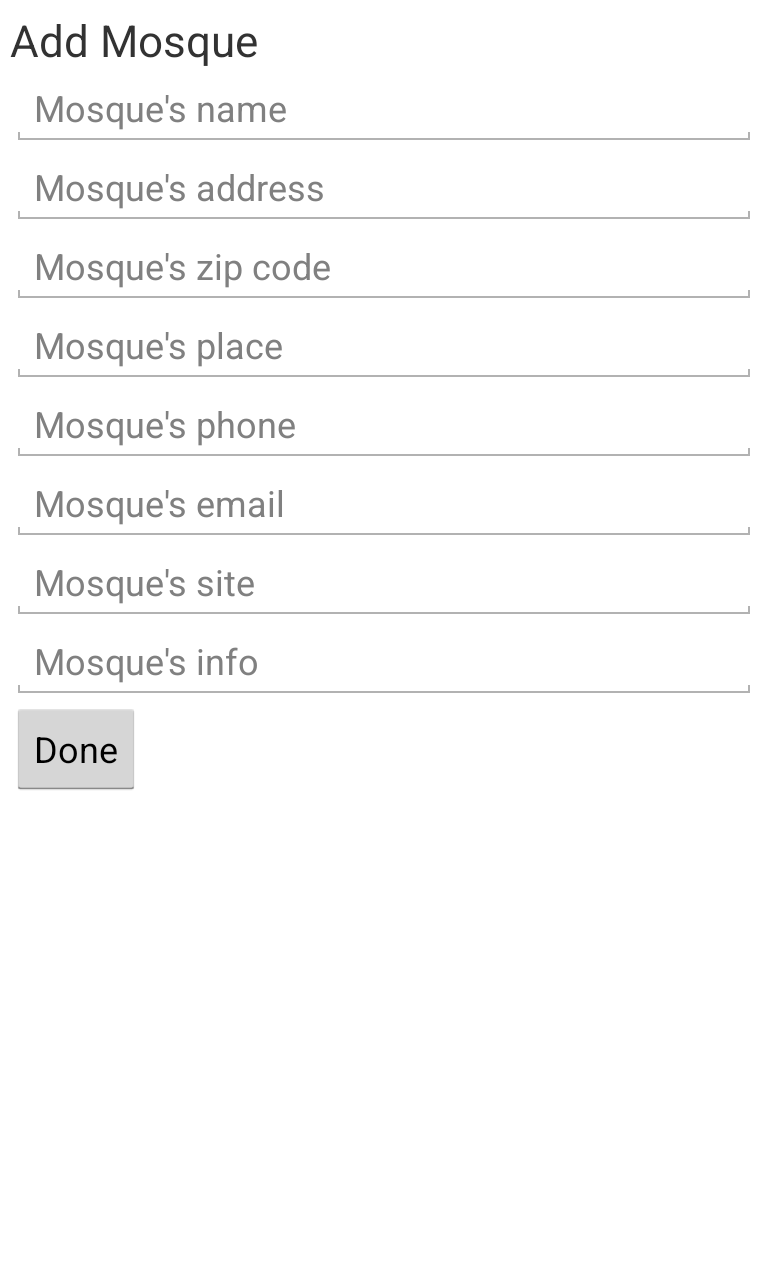
Repository: Osamah/Afstudeerwerk
Layout: NativeApp/SecondPillar/res/layout/activity_addmosque.xml
The author's editor kept a copy of each file at every save. The layout is drawn from the files as they stood at one save, then again after the next save.
It is drawn on a 768 x 1280 px phone screen (xhdpi) without system bars, with theme AppTheme; the app's code is not run.

Above is the layout before, as saved 2013-01-05 21:15:59.

### NativeApp/SecondPillar/res/layout/activity_addmosque.xml
<?xml version="1.0" encoding="utf-8"?>

<!-- ScrollView to scroll vertical down the page -->
<ScrollView
    xmlns:android="http://schemas.android.com/apk/res/android"
    android:id="@+id/ScrollView01"
    android:layout_width="fill_parent"
    android:layout_height="wrap_content"
    android:scrollbars="vertical">

    <LinearLayout
        android:layout_width="fill_parent"
        android:layout_height="wrap_content"
        android:orientation="vertical"
        android:layout_margin="5dp">

		<TextView
		    android:id="@+id/lblAddMosque"
		    android:layout_width="wrap_content"
		    android:layout_height="wrap_content"
		    android:text="@string/lblAddMosque"
		    android:textSize="10pt">
		</TextView>

        <EditText
            android:id="@+id/txtMosqueName"
            android:layout_width="fill_parent"
            android:layout_height="wrap_content"
            android:hint="@string/txtMosqueName"
            android:inputType="textCapWords" >

		</EditText>

        <EditText
		    android:id="@+id/txtMosqueAddress"
		    android:layout_height="wrap_content"
		    android:hint="@string/txtMosqueAddress"
		    android:inputType="textPostalAddress"
		    android:layout_width="fill_parent">
		</EditText>

        <EditText
            android:id="@+id/txtMosqueZipCode"
            android:layout_width="fill_parent"
            android:layout_height="wrap_content"
            android:hint="@string/txtMosqueZipCode"
            android:inputType="number" >
		</EditText>

        <EditText
            android:id="@+id/txtMosquePlace"
            android:layout_width="fill_parent"
            android:layout_height="wrap_content"
            android:hint="@string/txtMosquePlace"
            android:inputType="textPostalAddress" >
		</EditText>

        <EditText
            android:id="@+id/txtMosquePhone"
            android:layout_width="fill_parent"
            android:layout_height="wrap_content"
            android:hint="@string/txtMosquePhone"
            android:inputType="phone" >
		</EditText>

        <EditText
            android:id="@+id/txtMosqueMail"
            android:layout_width="fill_parent"
            android:layout_height="wrap_content"
            android:hint="@string/txtMosqueMail"
            android:inputType="textEmailAddress" >
		</EditText>

        <EditText
            android:id="@+id/txtMosqueSite"
            android:layout_width="fill_parent"
            android:layout_height="wrap_content"
            android:hint="@string/txtMosqueSite"
            android:inputType="textUri" >
		</EditText>

        <EditText
            android:id="@+id/txtMosqueInfo"
            android:layout_width="fill_parent"
            android:layout_height="wrap_content"
            android:hint="@string/txtMosqueInfo"
            android:inputType="textMultiLine" >
		</EditText>

        <Button
            android:id="@+id/btnAddMosque"
            android:layout_width="wrap_content"
            android:layout_height="wrap_content"
            android:text="@string/btnAddMosque"

            />


    </LinearLayout>
</ScrollView>

### NativeApp/SecondPillar/res/values/strings.xml
<?xml version="1.0" encoding="utf-8"?>
<resources>

    <string name="app_name">Second Pillar</string>

    <!-- Menu -->
    <string name="menu_search">Search</string>


    <!-- Option Menu -->
	<string name="option_settings">Settings</string>
	<string name="option_about">About</string>


	<!-- Settings -->
	<string name="notifications">Notifications</string>

	<string name="prayingWhere">Where to pray?</string>
	<string name="prayHome">Home</string>
	<string name="prayMosque">Mosque</string>

	<string name="NotificationsPraying">When to pray?</string>
	<string name="inAdvance">In advance</string>
	<string name="onTime">On time</string>


	<!-- About -->
	<string name="about">If you have any questions just call me maybe</string>


    <!-- Prayer -->
    <string name="headerCol1">Prayer</string>
    <string name="headerCol2">Time</string>
    <string name="headerCol3">L</string>

    <string name="prayer1">Fajr</string>
    <string name="prayer2">Dhor</string>
    <string name="prayer3">Asr</string>
    <string name="prayer4">Magreb</string>
    <string name="prayer5">Isha</string>

    <string name="prayerTime1">5h25</string>
    <string name="prayerTime2">12h30</string>
    <string name="prayerTime3">15h37</string>
    <string name="prayerTime4">18h48</string>
    <string name="prayerTime5">21h00</string>


    <!-- Favorite -->


    <!-- Add Mosque -->
    <string name="lblAddMosque">Add Mosque</string>
    <string name="txtMosqueName">Mosque\'s name</string>
    <string name="txtMosqueAddress">Mosque\'s address</string>
    <string name="txtMosqueZipCode">Mosque\'s zip code</string>
    <string name="txtMosquePlace">Mosque\'s place</string>
  	<string name="txtMosquePhone">Mosque\'s phone</string>
  	<string name="txtMosqueMail">Mosque\'s email</string>
    <string name="txtMosqueSite">Mosque\'s site</string>
    <string name="txtMosqueInfo">Mosque\'s info</string>
    <string name="btnAddMosque">Done</string>

    <!-- Search Mosque -->
    <string name="searchAddress">Address</string>


</resources>

Loaded but not shown: NativeApp/SecondPillar/res/values/styles.xml (common file); NativeApp/SecondPillar/res/values-v11/styles.xml (common file); NativeApp/SecondPillar/res/values-v14/styles.xml (common file)

After the next save:
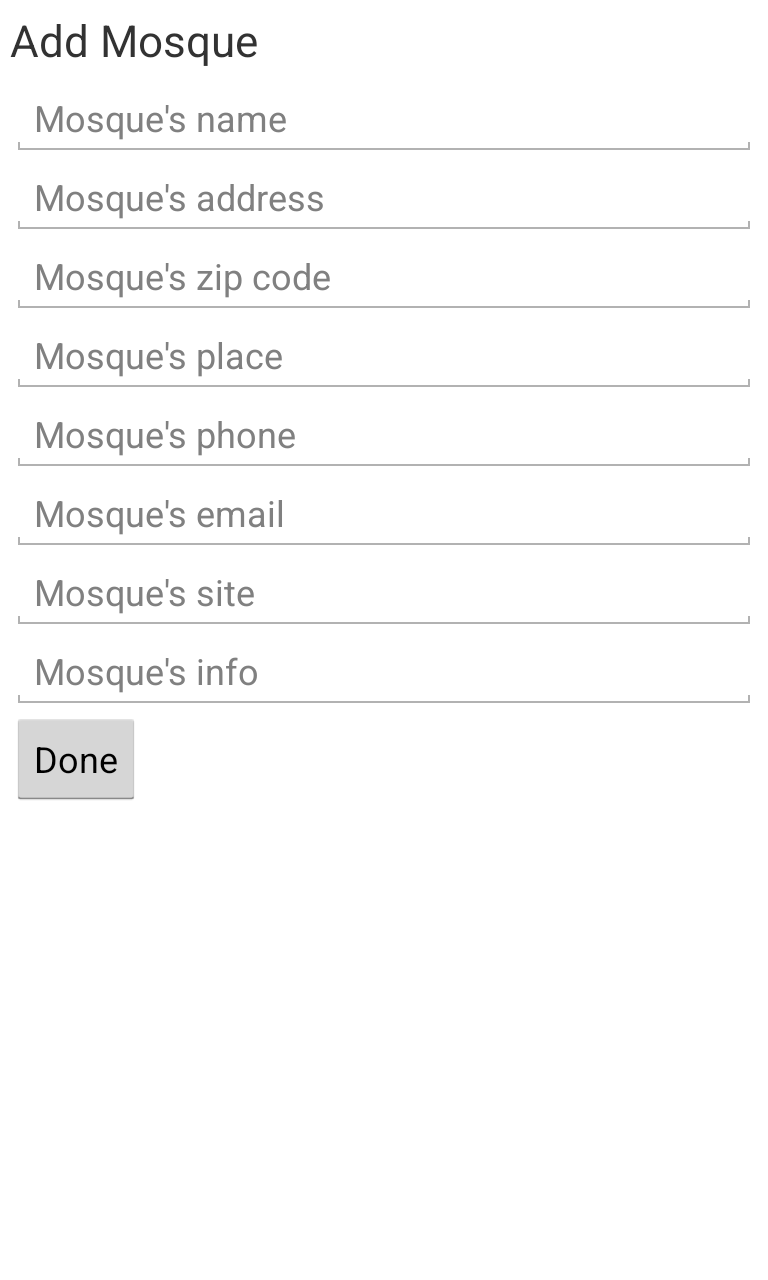
Saved 46 s later.
--- a/NativeApp/SecondPillar/res/layout/activity_addmosque.xml
+++ b/NativeApp/SecondPillar/res/layout/activity_addmosque.xml
@@ -19,7 +19,8 @@
 		    android:layout_width="wrap_content"
 		    android:layout_height="wrap_content"
 		    android:text="@string/lblAddMosque"
-		    android:textSize="10pt">
+		    android:textSize="10pt"
+		    android:paddingBottom="5dp">
 		</TextView>
 
         <EditText
